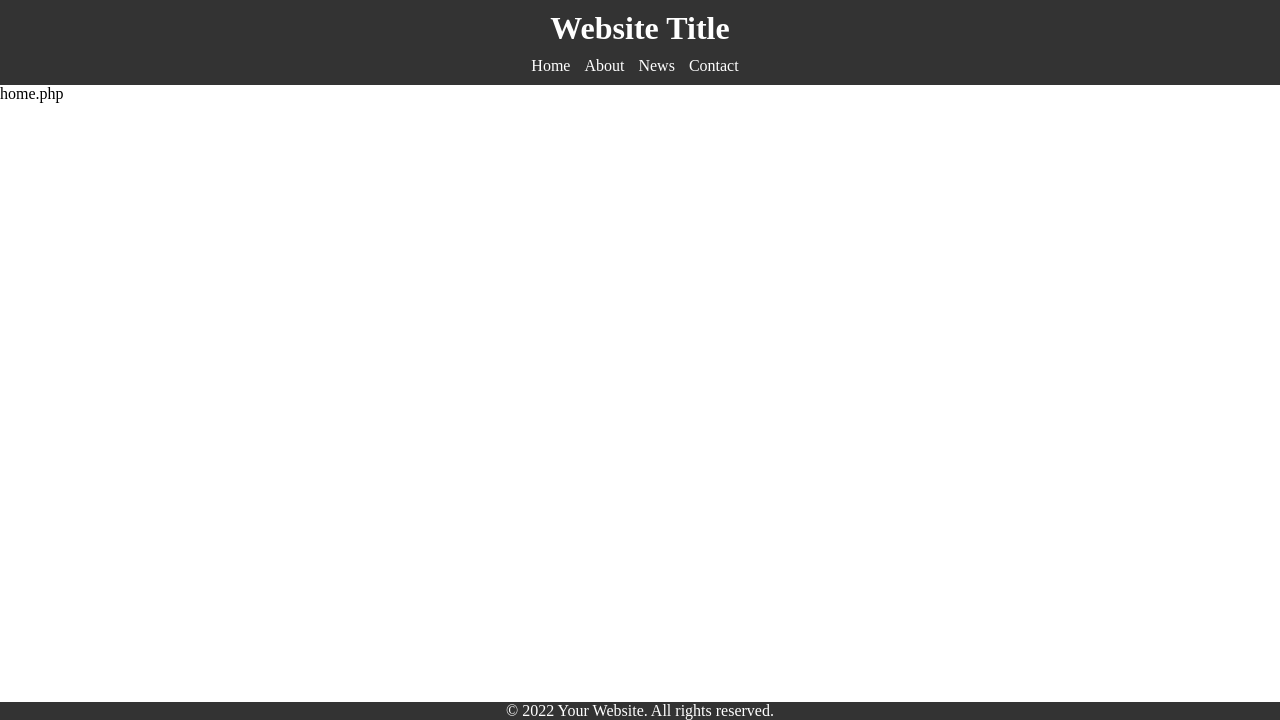
Repository: KHANHD192/Docker_lab
Page: http://localhost/?file=home.php
These files come from the project's save history. The page is drawn as it stood at one moment and after the next save; the edit follows.
The browser window is 1280 px wide. The pictures show the whole page.
The page is run by PHP 8.4 with error messages shown; the project is at /var/www/html/.

Above is the page before, as saved 2024-04-08 16:54:05.

After the next save:
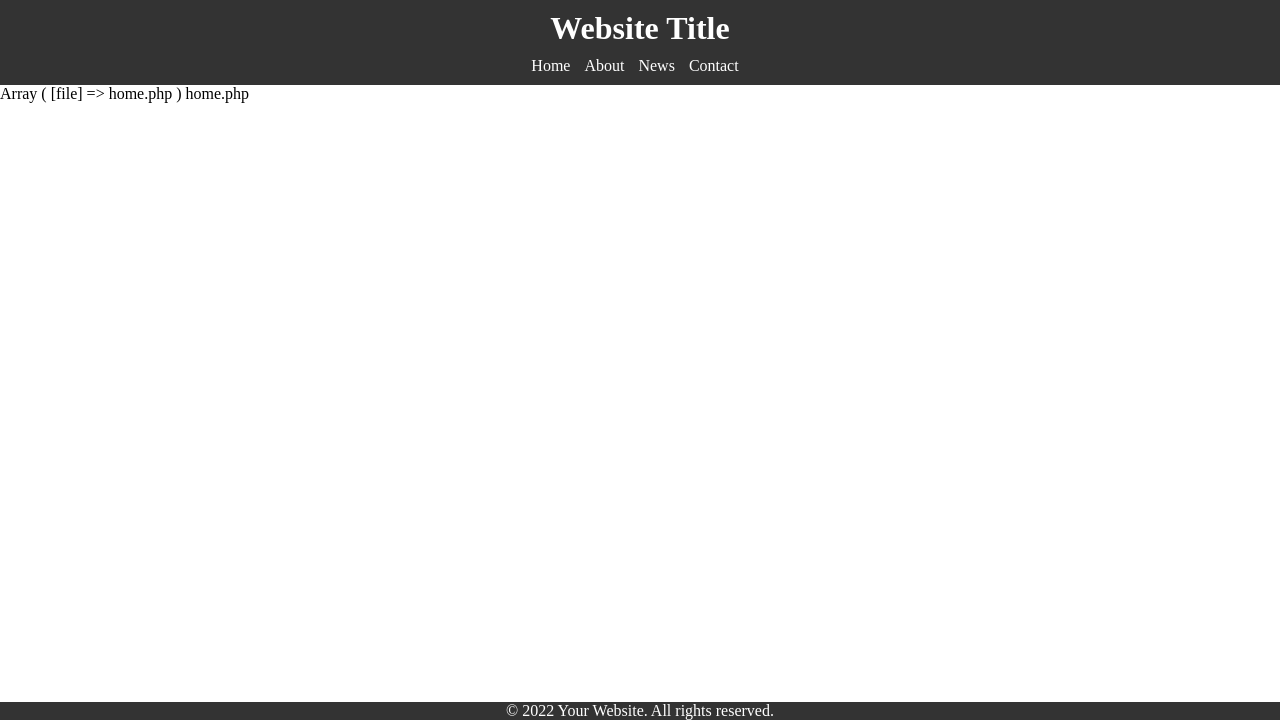
Saved 24 s later.
--- a/src/index.php
+++ b/src/index.php
@@ -68,6 +68,7 @@
     <content>
         <?php
         // check empty
+        print_r(($_GET));
         if(!empty($_GET["file"])){
                 echo $_GET['file'];
         }else{
